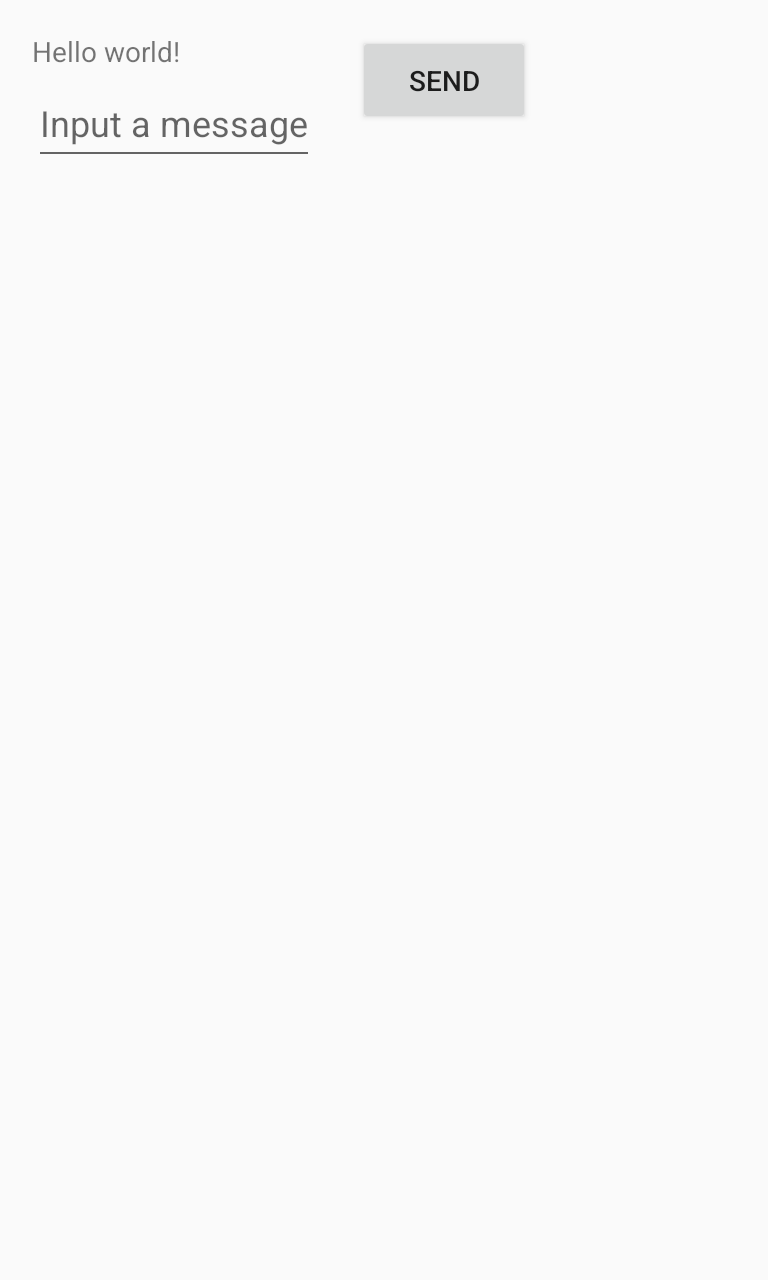
Repository: deanzaka/Shroom-Smart-Terminal
Layout: TestDoang/res/layout/activity_main.xml
These files come from the project's save history. The layout is drawn as it stood at one moment and after the next save; the edit follows.
It is drawn on a 768 x 1280 px phone screen (xhdpi) without system bars, with theme AppTheme; the app's code is not run.

Above is the layout before, as saved 2014-11-16 18:10:59.

### TestDoang/res/layout/activity_main.xml
<RelativeLayout xmlns:android="http://schemas.android.com/apk/res/android"
    xmlns:tools="http://schemas.android.com/tools"
    android:layout_width="match_parent"
    android:layout_height="match_parent"
    android:paddingBottom="@dimen/activity_vertical_margin"
    android:paddingLeft="@dimen/activity_horizontal_margin"
    android:paddingRight="@dimen/activity_horizontal_margin"
    android:paddingTop="@dimen/activity_vertical_margin"
    tools:context="shroom.test.doang.MainActivity" >

    <TextView
        android:id="@+id/hello"
        android:layout_width="wrap_content"
        android:layout_height="wrap_content"
        android:text="@string/hello_world" />

    <EditText
        android:id="@+id/edit_msg"
        android:layout_below="@id/hello"
        android:layout_height="50dp"
        android:layout_width="wrap_content"
        android:hint="@string/edit_msg"
        />

    <Button
        android:layout_toRightOf="@id/edit_msg"
        android:layout_width="wrap_content"
        android:layout_height="wrap_content"
        android:layout_marginLeft="20dp"
        android:text="@string/button_send" />

</RelativeLayout>

### TestDoang/res/values/strings.xml
<?xml version="1.0" encoding="utf-8"?>
<resources>

    <string name="app_name">Test Doang</string>
    <string name="hello_world">Hello world!</string>
    <string name="action_settings">Settings</string>
	<string name="edit_msg">Input a message</string>
	<string name="button_send">Send</string>

</resources>

Loaded but not shown: TestDoang/res/values/styles.xml (common file); TestDoang/res/values-v11/styles.xml (common file); TestDoang/res/values-v14/styles.xml (common file); TestDoang/res/values/dimens.xml (common file); TestDoang/res/values-w820dp/dimens.xml (common file)

After the next save:
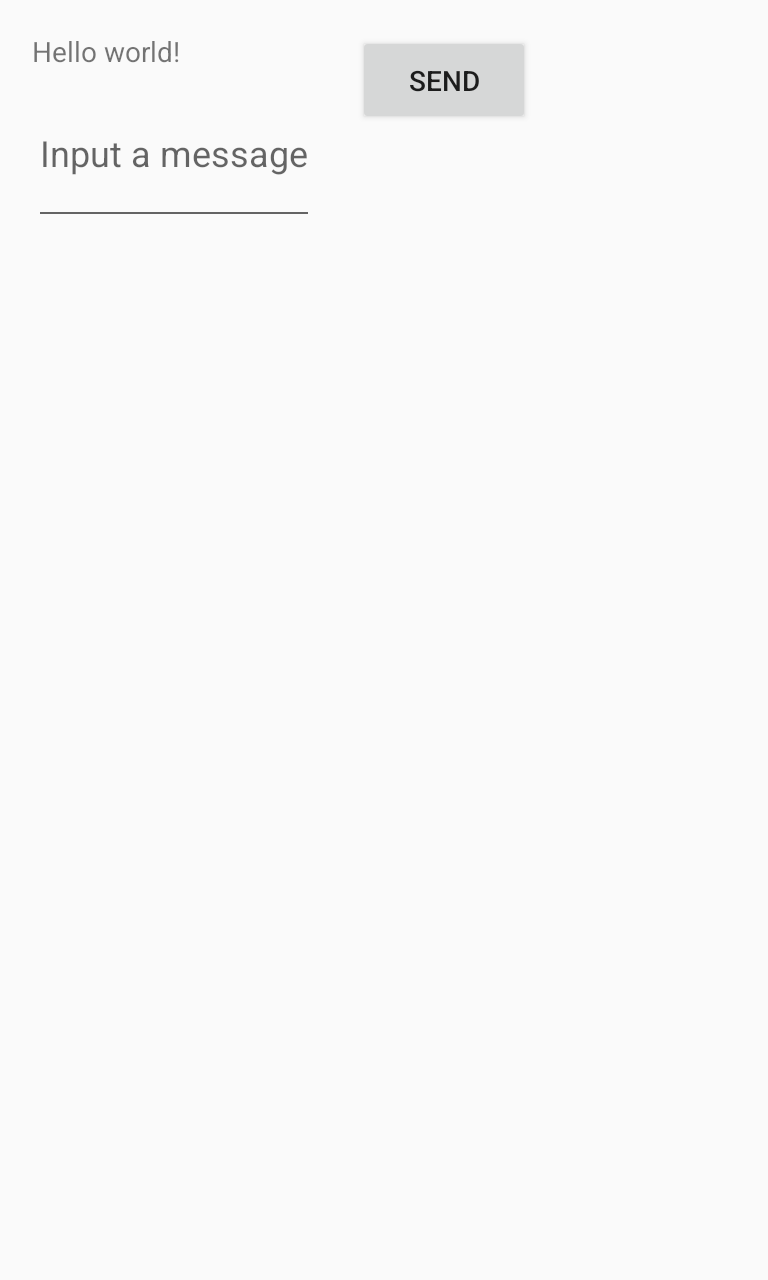
Saved 14 s later.
--- a/TestDoang/res/layout/activity_main.xml
+++ b/TestDoang/res/layout/activity_main.xml
@@ -17,7 +17,7 @@
     <EditText
         android:id="@+id/edit_msg"
         android:layout_below="@id/hello"
-        android:layout_height="50dp"
+        android:layout_height="80dp"
         android:layout_width="wrap_content"
         android:hint="@string/edit_msg"
         />
